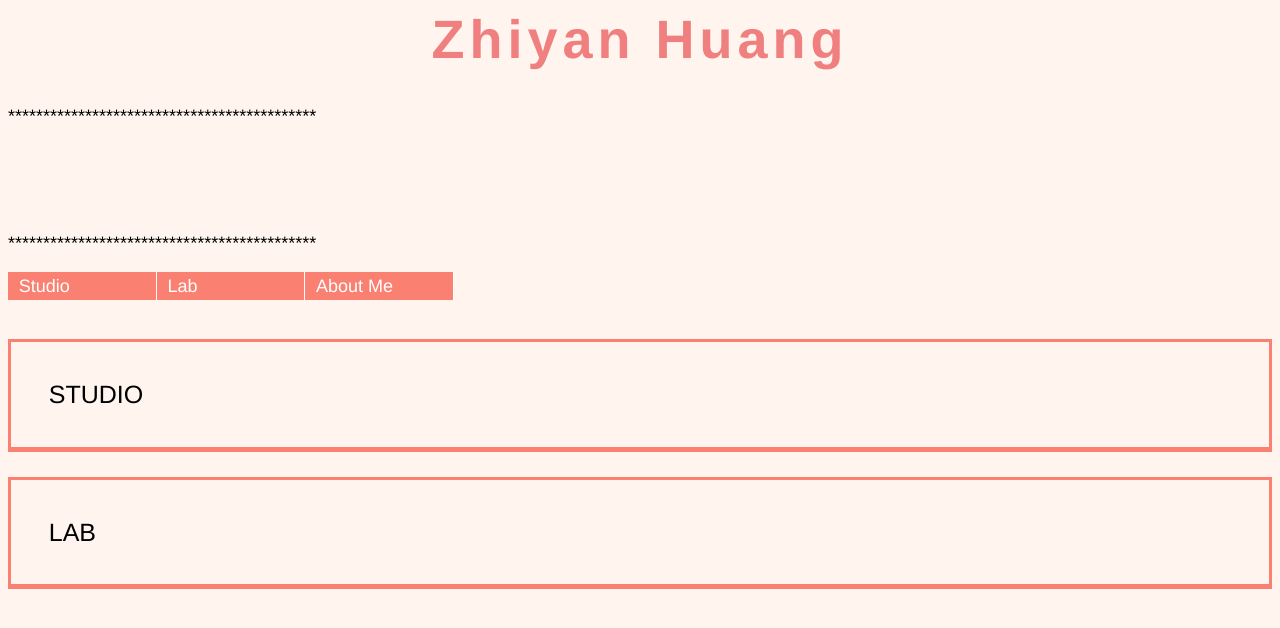
Repository: huanz488/huanz488-github.io
Page: index.html
The author's editor kept a record of every edit. The page is drawn from the files as they stood at one moment, then again after the next edit.
The browser window is 1280 px wide. The pictures show the whole page.

Above is the page before.

After the next edit:
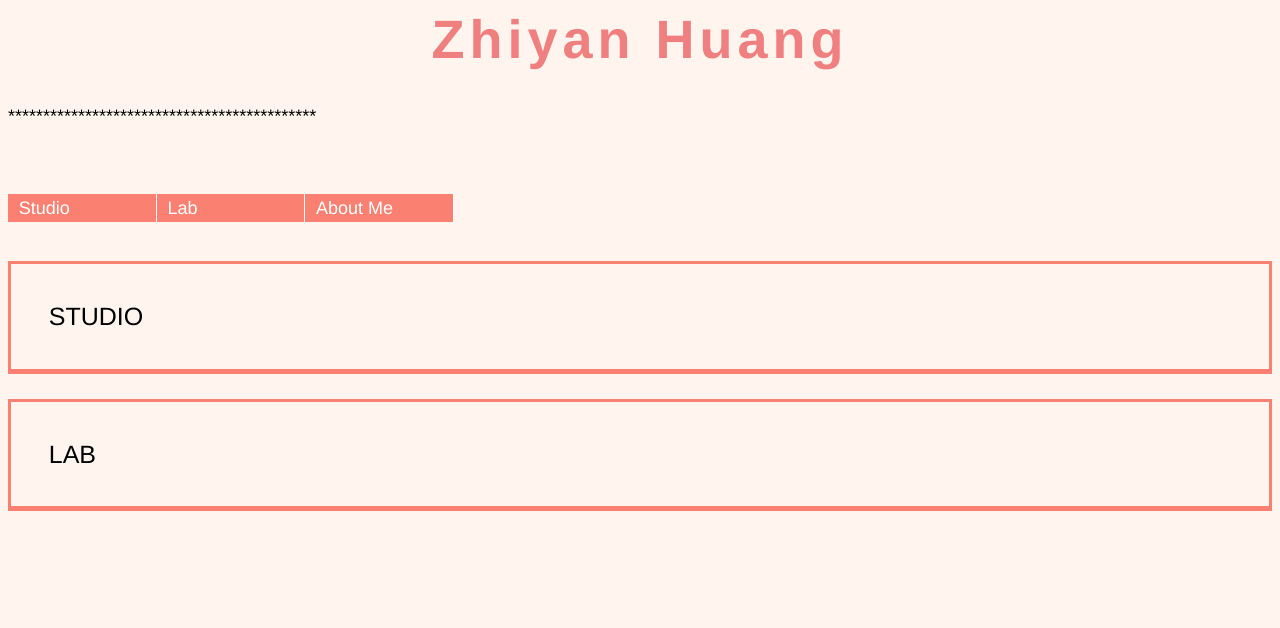
The edit:
--- a/index.html
+++ b/index.html
@@ -7,8 +7,7 @@
     <h1><center>Zhiyan Huang</center></h1>
     <P>********************************************</P><br>
     <marquee direction=right><font size=5>Welcome to my page.</font></font></marquee><br>
-    <br>
-    <p>********************************************</p>
+
     </body>
 
 <style>
